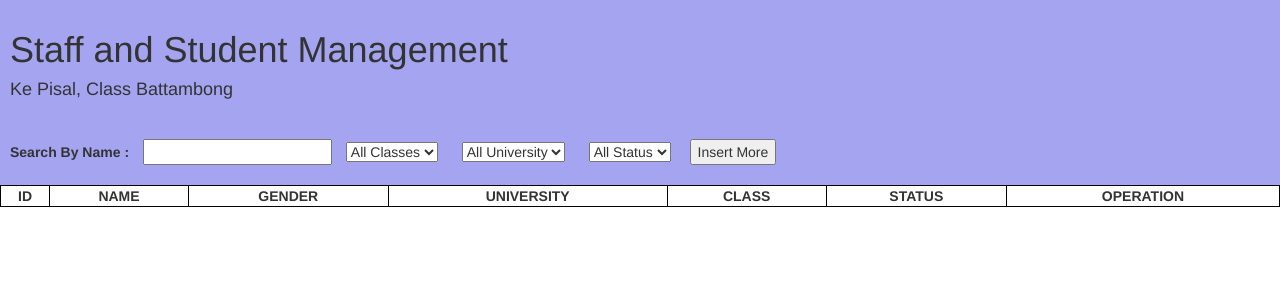
Repository: kepisal/ServletJAVA
Page: http://localhost/AjaxStaffandStudent/
These files come from the project's save history. The page is drawn as it stood at one moment and after the next save; the edit follows.
The browser window is 1280 px wide. The pictures show the whole page.
The page is served by Tomcat 9. Other server files are loaded and not shown. Queries for data that is not in the repository find no rows.

Above is the page before, as saved 2015-07-10 13:38:22.

### AjaxStaffandStudent/WebContent/index.jsp
<%@ page language="java" contentType="text/html; charset=ISO-8859-1"
	pageEncoding="ISO-8859-1"%>
<!DOCTYPE html>
<html>
<head>
<meta http-equiv="Content-Type" content="text/html; charset=ISO-8859-1">
<title>Staff and Student Management</title>
<link rel="stylesheet" type="text/css"
	href="bootstrap/css/bootstrap.css">
<!-- <link rel="stylesheet" type="text/css" href="css/style.css"> -->

<!-- <script
	src="http://ajax.googleapis.com/ajax/libs/jquery/1.11.3/jquery.min.js"></script> -->
<script type="text/javascript" src="js/jquery-min.js"></script>
<script type="text/javascript" src="bootstrap/js/bootstrap.js"></script>
<script type="text/javascript" src="bootstrap/js/bootstrap.min.js"></script>
<style type="text/css">
.maincontent {
	background-color: #A4A4F0;
}

#title {
	padding: 10px;
	width: 100%;
}

option {
	height: 23px;
}

table, th, td, sheader {
	border: 1px solid black;
	border-collapse: collapse;
	text-align: center;
}

img {
	width: 20px;
}
#classlist, #universitylist, #txtinput, #statuslist {
	display: inline-block;
	margin: 10px;
}

button {
	margin: 5px;
}
form{float:left;}
</style>
</head>
<body>
	<div class="maincontent sscol-sm-12">
		<div id="sheader">
			<div id="title">
				<h1>Staff and Student Management</h1>
				<h4>Ke Pisal, Class Battambong</h4>
			</div>
			<div id="classlist">
				<label>Search By Name : </label> <input type=text id=txtinput /> <select
					id=classselected onclick="searchClass()">

				</select>
			</div>
			<div id="universitylist">
				<select id=unvselected onclick="searchUniversity()">

				</select>
			</div>
			<div id="statuslist">
				<select id=statusselected onclick="searchStatus()">
					<option value=''>All Status</option>
					<option value=1>Active</option>
					<option value=0>Deactive</option>
				</select>
			</div>
			<button id="btnadd btn btn-success" onclick="add()">Insert
				More</button>
		</div>
		<div id="sbody">
			<table class="mytb col-sm-12">
				<thead>
					<tr>
						<th>ID</th>
						<th>NAME</th>
						<th>GENDER</th>
						<th>UNIVERSITY</th>
						<th>CLASS</th>
						<th>STATUS</th>
						<th>OPERATION</th>
					</tr>
				</thead>
				<tbody id="tblist">
				</tbody>
			</table>
		</div>
		<div class="col-sm-3"></div>
	</div>
	<script type="text/javascript" src="js/script.js"></script>
</body>
</html>

### AjaxStaffandStudent/WebContent/js/script.js
$(document).ready(function() {
	lists(); // list all objects in table
	droplist(); // list all objects in dropdownlist(class, university)
	$("#txtinput").keyup(function() {
		searchName($("#txtinput").val()); // action keyup on textbox
	});
});
/*
 * @param : data is JSon generate <option> value </option> for dropdownlist
 * class
 */
function classlist(data) {
	var str = "";
	str += "<option value=''>All Classes</option>;";
	for (var i = 0; i < data.length; i++) {
		str += "<option value=" + data[i].classes + ">" + data[i].classes;
	}
	str += "</option>";
	return str;
}
/*
 * @param : data is JSon generate <option> value </option> for dropdownlist
 * university
 */
function unvlist(data) {
	var str = "";
	str += "<option value=''>All University</option>;";
	for (var i = 0; i < data.length; i++) {
		str += "<option value=" + data[i].unversity + ">" + data[i].unversity;
	}
	str += "</optiont>";
	return str;
}

/*
 * get data from url and put into function with param
 */
function droplist() {
	$.post("classlist.hrd", function(data) {
		$("#classselected").html(classlist(data));
	});
	$.post("universitylist.hrd", function(data) {
		$("#unvselected").html(unvlist(data));
	});
}
/*
 * generate rows inside table list
 */
function lists() {
	$.post("listobject.hrd", function(data) {
		$("#tblist").html(listobjectdetails(data));
	});

}
/*
 * create tag <tr><td> value </td></tr> follow data
 */
function listobjectdetails(data) {
	var str = "";
	for (var i = 0; i < data.length; i++) {

		str += "<tr>"
				+ "<td id=studid"
				+ i
				+ ">"
				+ data[i].stuid
				+ "</td>"
				+ "<td>"
				+ data[i].stuname
				+ "</td>"
				+ "<td>"
				+ checkGender(data[i].gender)
				+ "</td>"
				+ "<td>"
				+ data[i].unversity
				+ "</td>"
				+ "<td>"
				+ data[i].classes
				+ "</td>"
				+ "<td>"
				+ checkStatus(data[i].status, i)
				+ "</td>"
				+ "<td><button class=btnEdit onclick=editFun()>Edit</button><button class=btnRemove onclick=removeFun()>Remove</button><button  class=btnView onclick=viewFun()'>View</button></td>"
				+ "</tr>";
	}

	str += "</table>";

	return str;
}
/*
 * create form for edit and insertion
 */
function myform() {
	var str = "";
}

/*
 * change value 0,1 to male and female
 */
function checkGender(data) {
	var gender;
	if (data == 0) {
		gender = "Male";
	} else {
		gender = "Female";
	}
	return gender;
}
/*
 * change value 0,1 to image 0.png and 1.png
 */
function checkStatus(data, i) {
	var img;
	if (data == 0) {
		img = "<a href=#><img src=img/0.png id=mydata" + i
				+ " onclick=updateStatus(" + i + "," + data + ")></a>";
	} else {
		img = "<a href=#><img src=img/1.png id=mydata" + i
				+ " onclick=updateStatus(" + i + "," + data + ")></a>";
	}
	return img;
}
/*
 * @param : id, value id -> id of each students value -> value of status update
 * status
 */
function updateStatus(id, value) {
	var stuid = $("#studid" + id).text();
	var active;
	if (value == 0) {
		active = 1;
	} else {
		active = 0;
	}
	$.post("editobject.hrd", {
		stu_id : stuid,
		stu_status : active
	}, function(data) {
		lists();
	});
}
/*
 * search by name()
 */
function searchName() {
	var stuname = $('#txtinput').val();
	var stuclass = $('#classselected option:selected').val();
	var stuuniver = $('#unvselected option:selected').val();
	var stustatus = $('#statusselected option:selected').val();
	if (stuname == '') {
		lists();
	}
	$.post("searchobject.hrd", {
		stu_name : stuname,
		stu_class : stuclass,
		stu_university : stuuniver,
		stu_status : stustatus
	}, function(data) {
		$("#tblist").html(listobjectdetails(data));
	});
}
/*
 * search by class()
 */
function searchClass() {
	var stuname = $('#txtinput').val();
	var stuclass = $('#classselected option:selected').val();
	var stuuniver = $('#unvselected option:selected').val();
	var stustatus = $('#statusselected option:selected').val();
	$.post("searchobject.hrd", {
		stu_name : stuname,
		stu_class : stuclass,
		stu_university : stuuniver,
		stu_status : stustatus
	}, function(data) {
		$("#tblist").html(listobjectdetails(data));
	});
}
/*
 * search by university()
 */
function searchUniversity() {
	var stuname = $('#txtinput').val();
	var stuclass = $('#classselected option:selected').val();
	var stuuniver = $('#unvselected option:selected').val();
	var stustatus = $('#statusselected option:selected').val();
	$.post("searchobject.hrd", {
		stu_name : stuname,
		stu_class : stuclass,
		stu_university : stuuniver,
		stu_status : stustatus
	}, function(data) {
		$("#tblist").html(listobjectdetails(data));
	});
}
/*
 * search by status()
 */
function searchStatus() {
	var stuname = $('#txtinput').val();
	var stuclass = $('#classselected option:selected').val();
	var stuuniver = $('#unvselected option:selected').val();
	var stustatus = $('#statusselected option:selected').val();
	$.post("searchobject.hrd", {
		stu_name : stuname,
		stu_class : stuclass,
		stu_university : stuuniver,
		stu_status : stustatus
	}, function(data) {
		$("#tblist").html(listobjectdetails(data));
	});
}
/*
 * Add Function
 * */
function add(){
	$("#sbody").load("pages/addForm.html"); // load file from article
}

### AjaxStaffandStudent/src/Controller/Front_Controller.java
package Controller;
import java.io.IOException;

import javax.servlet.RequestDispatcher;
import javax.servlet.ServletException;
import javax.servlet.annotation.WebServlet;
import javax.servlet.http.HttpServlet;
import javax.servlet.http.HttpServletRequest;
import javax.servlet.http.HttpServletResponse;

import Model.ObjectDAO;

@WebServlet("*.hrd")
public class Front_Controller extends HttpServlet {
	private static final long serialVersionUID = 1L;

	public Front_Controller() {
		super();
	}

	protected void doGet(HttpServletRequest request, HttpServletResponse response) throws ServletException, IOException {
		doProcess(request, response);
	}

	protected void doPost(HttpServletRequest request, HttpServletResponse response) throws ServletException, IOException {
		doProcess(request, response);
	}

	protected void doProcess(HttpServletRequest request, HttpServletResponse response) throws ServletException, IOException {
		String RequestURI = request.getRequestURI();

		System.out.println(RequestURI);
		String contextPath = request.getContextPath();
		System.out.println(contextPath);
		String command = RequestURI.substring(contextPath.length());
		ActionForward forward = null;
		Action action = null;

		System.out.println(command);

		switch(command){
			case "/listobject.hrd":
				action = new ListObject();
				try {
					forward = action.execute(request, response);
					System.out.println(forward);
				} catch (Exception e) {
					e.printStackTrace();
				}
				break;
			case "/classlist.hrd":
				action = new classList();
				try {
					forward = action.execute(request, response);
					System.out.println(forward);
				} catch (Exception e) {
					e.printStackTrace();
				}
				break;
			case "/universitylist.hrd":
				action = new universityList();
				try {
					forward = action.execute(request, response);
					System.out.println(forward);
				} catch (Exception e) {
					e.printStackTrace();
				}
				break;
			case "/editobject.hrd":
				action = new EditObject();
				try {
					forward = action.execute(request, response);
				} catch (Exception e) {
					e.printStackTrace();
				}
				break;
			case "/searchobject.hrd":
				action = new Search();
				try {
					forward = action.execute(request, response);
				} catch (Exception e) {
					e.printStackTrace();
				}
				break;
			default :
				forward = new ActionForward();
				forward.setPath("404.jsp");
				forward.setRedirect(false);
				break;


		}

		if (forward != null) {
			if (forward.isRedirect()) {
				response.sendRedirect(forward.getPath());
			} else {
				RequestDispatcher dispatcher = request
						.getRequestDispatcher(forward.getPath());
				dispatcher.forward(request, response);
			}

		}

	}
}

### AjaxStaffandStudent/src/Controller/ListObject.java
package Controller;

import java.util.ArrayList;

import javax.servlet.http.HttpServletRequest;
import javax.servlet.http.HttpServletResponse;

import com.google.gson.Gson;

import Controller.Action;
import Controller.ActionForward;
import Model.ObjectDAO;
import Model.ObjectDTO;

public class ListObject implements Action {

	@Override
	public ActionForward execute(HttpServletRequest request,
			HttpServletResponse response) throws Exception {

		ObjectDAO dao = new ObjectDAO();
		ArrayList<ObjectDTO> objectlist = dao.list();

		response.setContentType("application/json");
		response.setCharacterEncoding("UTF-8");
		String obj= new Gson().toJson(objectlist);

		response.getWriter().write(obj);


		return null;
	}

}

### AjaxStaffandStudent/src/Model/ObjectDAO.java
package Model;

import java.beans.Statement;
import java.sql.Connection;
import java.sql.DriverManager;
import java.sql.PreparedStatement;
import java.sql.ResultSet;
import java.sql.SQLException;
import java.util.ArrayList;
import java.sql.*;

import javax.naming.InitialContext;
import javax.sql.DataSource;

public class ObjectDAO {
	static Connection cn;

	/*
	 * list all of elements in database return Arraylist objects
	 */
	public ArrayList<ObjectDTO> list() throws SQLException,
			ClassNotFoundException {

		String sql = "select * from hrd_students";
		java.sql.Statement stm = cn.createStatement();
		ResultSet rs = stm.executeQuery(sql);
		ArrayList<ObjectDTO> objectdto = new ArrayList<ObjectDTO>();
		try {
			while (rs.next()) {
				objectdto.add(new ObjectDTO(rs.getString("stu_id"), rs
						.getString("stu_name"), rs.getInt("stu_gender"), rs
						.getString("stu_university"),
						rs.getString("stu_class"), rs.getInt("stu_status")));
			}

		} catch (Exception e) {
			e.printStackTrace();
		}
		return objectdto;
	}

	/*
	 * @param : id and status function update status 0 to 1 and 1 to 0 follow id
	 * return true/false for success or faild
	 */
	public boolean update(String id, int status) throws SQLException {
		try (PreparedStatement pstm = cn
				.prepareStatement("update hrd_students set stu_status=? where stu_id=?");) {

			pstm.setString(1, String.valueOf(status));
			pstm.setString(2, id);
			return pstm.execute();
		} catch (Exception e) {
			e.printStackTrace();
		}
		return false;
	}

	/*
	 * distinct the class value return Arraylist objects (0,1)
	 */
	public ArrayList<ObjectDTO> classList() throws SQLException {
		String sql = "SELECT distinct stu_class FROM hrd_students";
		java.sql.Statement stm = cn.createStatement();
		ResultSet rs = stm.executeQuery(sql);
		ArrayList<ObjectDTO> objectdto = new ArrayList<ObjectDTO>();
		try {
			while (rs.next()) {
				objectdto.add(new ObjectDTO("", "", 0, "", rs
						.getString("stu_class"), 0));
			}
		} catch (Exception e) {
			e.printStackTrace();
		}
		return objectdto;
	}

	/*
	 * distinct the university value return Arraylist objects (0,1)
	 */
	public ArrayList<ObjectDTO> universityList() throws SQLException {
		String sql = "select distinct stu_university from hrd_students";
		java.sql.Statement stm = cn.createStatement();
		ResultSet rs = stm.executeQuery(sql);
		ArrayList<ObjectDTO> objectdto = new ArrayList<ObjectDTO>();
		try {
			while (rs.next()) {
				objectdto.add(new ObjectDTO("", "", 0, rs
						.getString("stu_university"), "", 0));
			}
		} catch (Exception e) {
			e.printStackTrace();
		}
		return objectdto;
	}

	/*
	 * Search all of content by name, class, university and status return as
	 * ArrayList objects
	 */
	public ArrayList<ObjectDTO> search(String name, String classes,
			String university, String status) throws SQLException {
		PreparedStatement ps = cn
				.prepareStatement("select * from hrd_students where stu_university LIKE ? and stu_class LIKE ? and stu_status LIKE ? and stu_name like ?");
		ps.setString(1, university + "%");
		ps.setString(2, classes + "%");
		ps.setString(3, status + "%");
		ps.setString(4, "%" + name + "%");
		ResultSet rs = ps.executeQuery();
		ArrayList<ObjectDTO> alist = new ArrayList<ObjectDTO>();
		while (rs.next()) {
			alist.add(new ObjectDTO(rs.getString("stu_id"), rs
					.getString("stu_name"), rs.getInt("stu_gender"), rs
					.getString("stu_university"), rs.getString("stu_class"), rs
					.getInt("stu_status")));
		}
		return alist;
	}

	/********************** Here is Connection Database *********************************/
	static {
		try {
			Class.forName("com.mysql.jdbc.Driver");
			cn = DriverManager.getConnection(
					"jdbc:mysql://localhost:3306/ssdbmanage", "admin", "admin");
		} catch (Exception e) {
			// TODO Auto-generated catch block
			e.printStackTrace();
		}
	}
	/********************** Here is Connection Database *********************************/
}

### AjaxStaffandStudent/src/Controller/classList.java
package Controller;

import java.util.ArrayList;

import javax.servlet.http.HttpServletRequest;
import javax.servlet.http.HttpServletResponse;

import Model.ObjectDAO;
import Model.ObjectDTO;

import com.google.gson.Gson;

public class classList implements Action {

	public ActionForward execute(HttpServletRequest request,
			HttpServletResponse response) throws Exception {

		ObjectDAO dao = new ObjectDAO();
		ArrayList<ObjectDTO> objectlist = dao.classList();

		response.setContentType("application/json");
		response.setCharacterEncoding("UTF-8");
		String obj= new Gson().toJson(objectlist);

		response.getWriter().write(obj);
		return null;
	}

}

### AjaxStaffandStudent/src/Controller/universityList.java
package Controller;

import java.util.ArrayList;

import javax.servlet.http.HttpServletRequest;
import javax.servlet.http.HttpServletResponse;

import Model.ObjectDAO;
import Model.ObjectDTO;

import com.google.gson.Gson;

public class universityList implements Action {
	public ActionForward execute(HttpServletRequest request,
			HttpServletResponse response) throws Exception {

		ObjectDAO dao = new ObjectDAO();
		ArrayList<ObjectDTO> objectlist = dao.universityList();

		response.setContentType("application/json");
		response.setCharacterEncoding("UTF-8");
		String obj= new Gson().toJson(objectlist);

		response.getWriter().write(obj);
		return null;
	}
}

Loaded but not shown: AjaxStaffandStudent/WebContent/bootstrap/css/bootstrap.css (library); AjaxStaffandStudent/WebContent/js/jquery-min.js (library); AjaxStaffandStudent/WebContent/bootstrap/js/bootstrap.js (library); AjaxStaffandStudent/WebContent/bootstrap/js/bootstrap.min.js (library)

After the next save:
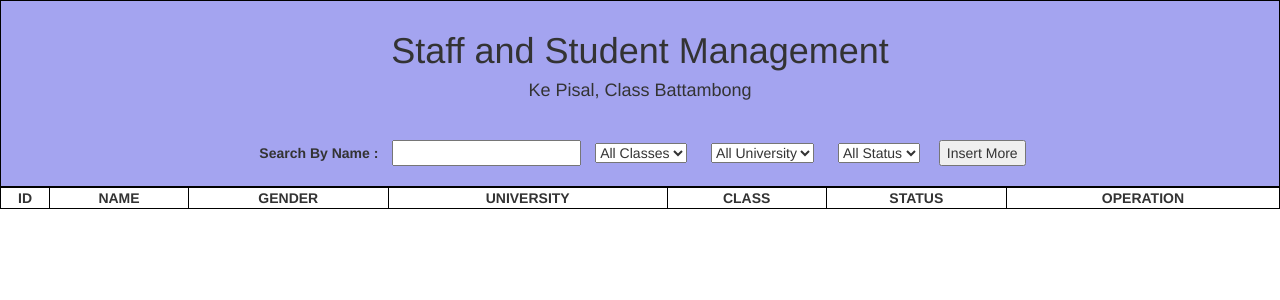
Saved 7 s later.
--- a/AjaxStaffandStudent/WebContent/index.jsp
+++ b/AjaxStaffandStudent/WebContent/index.jsp
@@ -28,7 +28,7 @@ option {
 	height: 23px;
 }
 
-table, th, td, sheader {
+table, th, td, #sheader {
 	border: 1px solid black;
 	border-collapse: collapse;
 	text-align: center;
